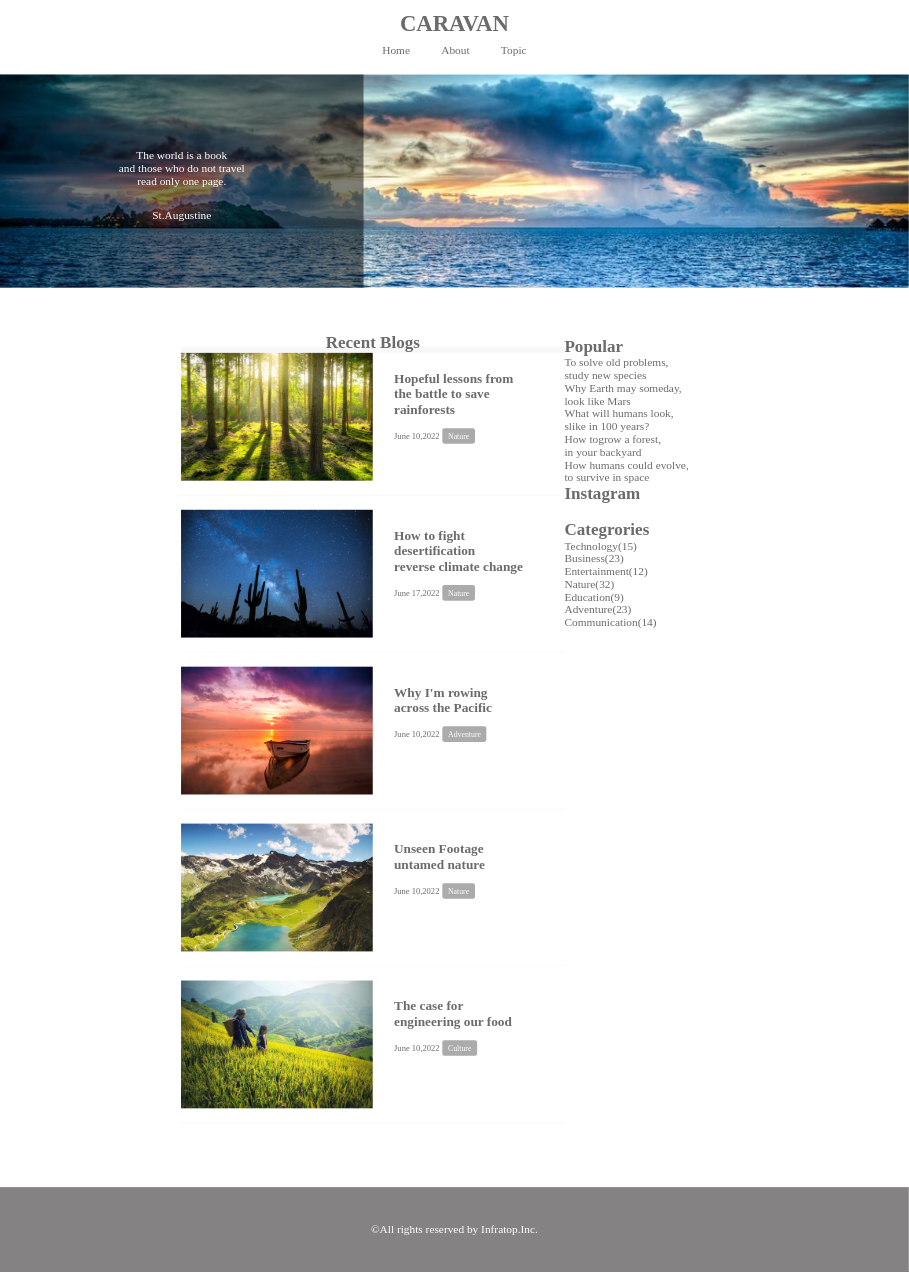
Repository: ego-boosting/assightment_1
Page: caravan/index.html
The author's editor kept a record of every edit. The page is drawn from the files as they stood at one moment, then again after the next edit.
The browser window is 1280 px wide. The pictures show the whole page, at 71% of full size.

Above is the page before.

After the next edit:
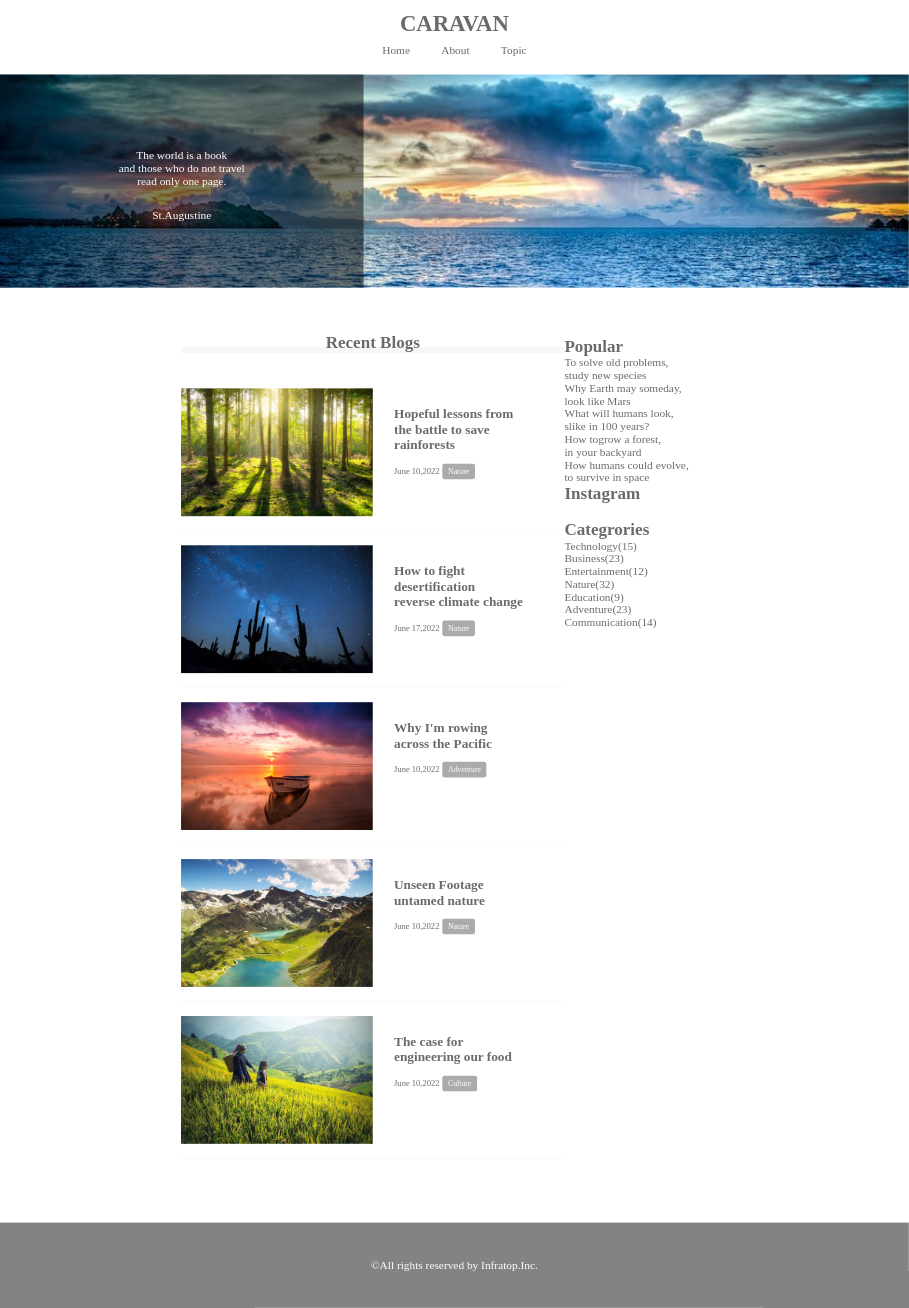
The edit:
--- a/caravan/style.css
+++ b/caravan/style.css
@@ -76,7 +76,7 @@
   line-height: 0.6;
 }
 
-.blog.box{
+.blog-box{
   padding-top: 50px;
 }
 
